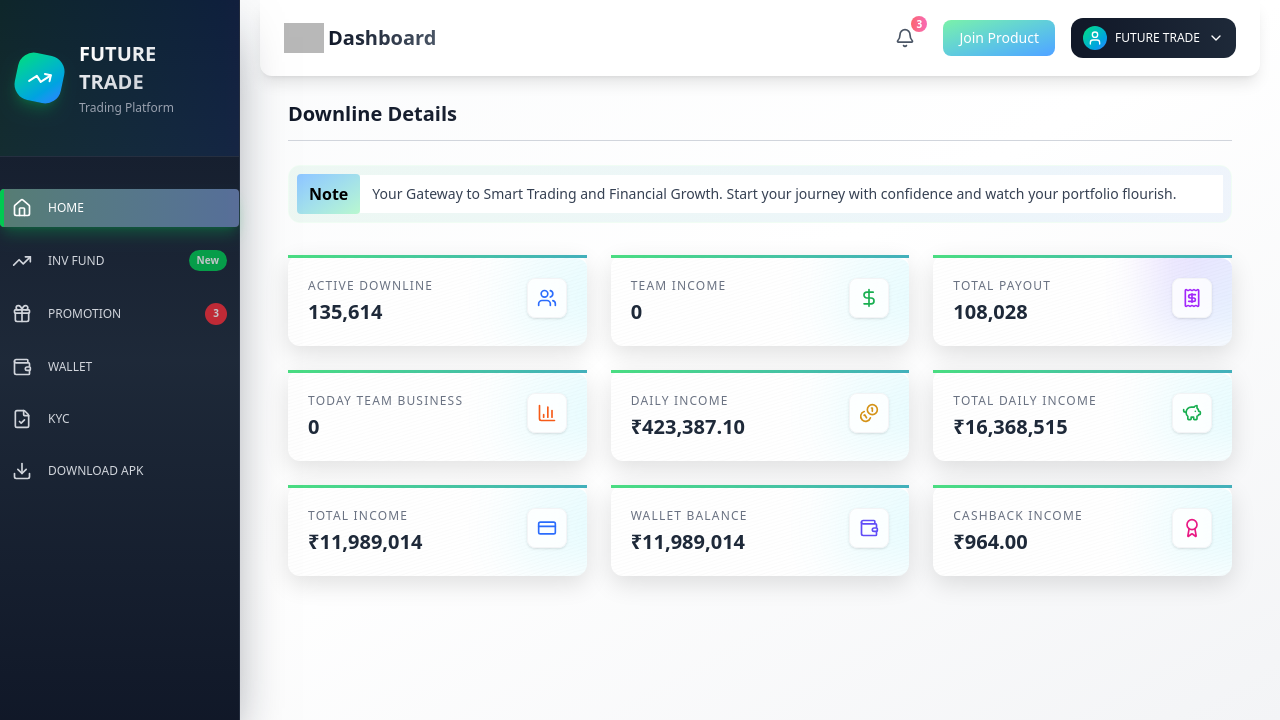
Repository: GauraVPandeyyy/Trade
Page: /
An editor plug-in stored every save of this project. The page is shown before and after the next save, followed by the edit.
The browser window is 1280 px wide. The pictures show the whole page.
Pictures or frames that could not be fetched are drawn as grey boxes. The project was rebuilt for these pictures with package versions that can differ from the ones it lists, and the page was loaded fresh each time. Some packages were replaced by stand-ins written for this rebuild. Also part of the build but not shown: vite.config.js, src/pages/Home.jsx, src/pages/InvFund.jsx, src/pages/Promotion.jsx, src/pages/Wallet.jsx, src/pages/Kyc.jsx, src/pages/DownloadApk.jsx.

Above is the page before, as saved 2025-08-02 13:50:30.

After the next save:
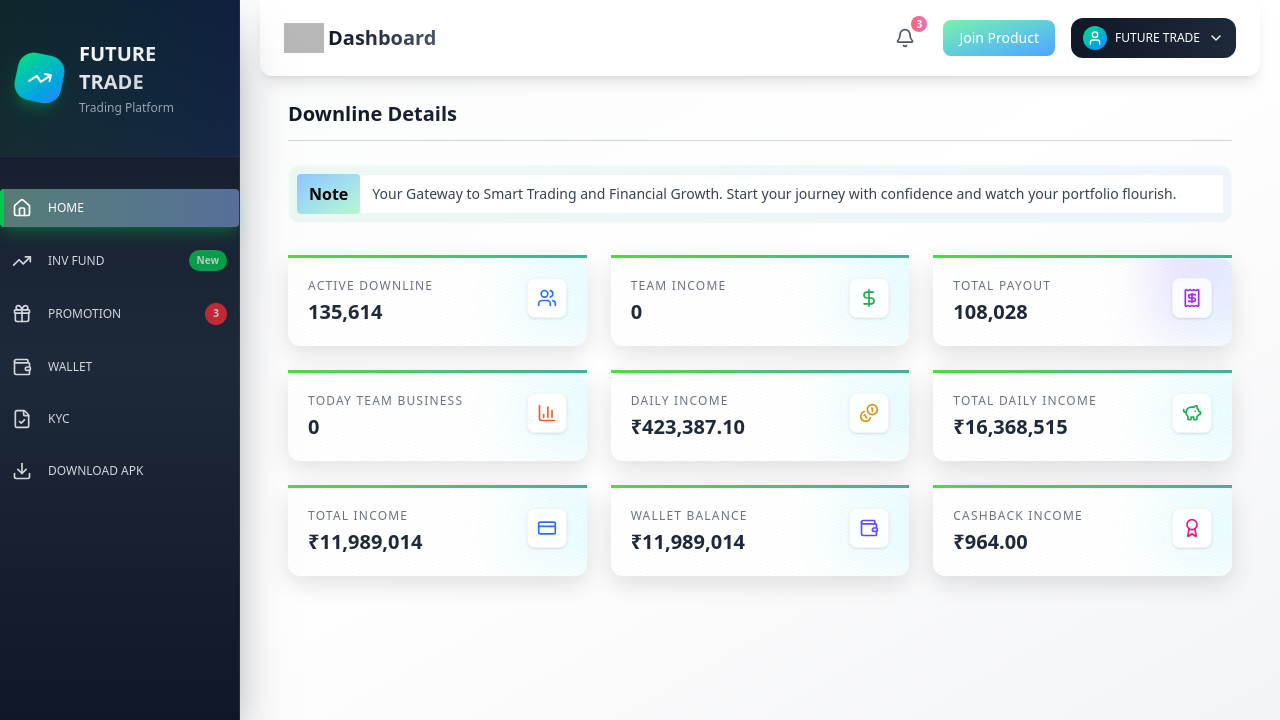
Saved 18 s later.
--- a/src/components/DashboardCard.jsx
+++ b/src/components/DashboardCard.jsx
@@ -60,7 +60,7 @@
     hover:-translate-y-2 cursor-pointer
     group
   `}
-      style={{ transitionDelay: `${delay}ms`, borderImage: 'linear-gradient(to bottom right, #4ade80, #3b82f6) 1',
+      style={{ transitionDelay: `${delay}ms`, borderImage: 'linear-gradient(to bottom right, #4ade40, #3b82f6) 1',
     borderImageSlice: 3,
 
  }}
